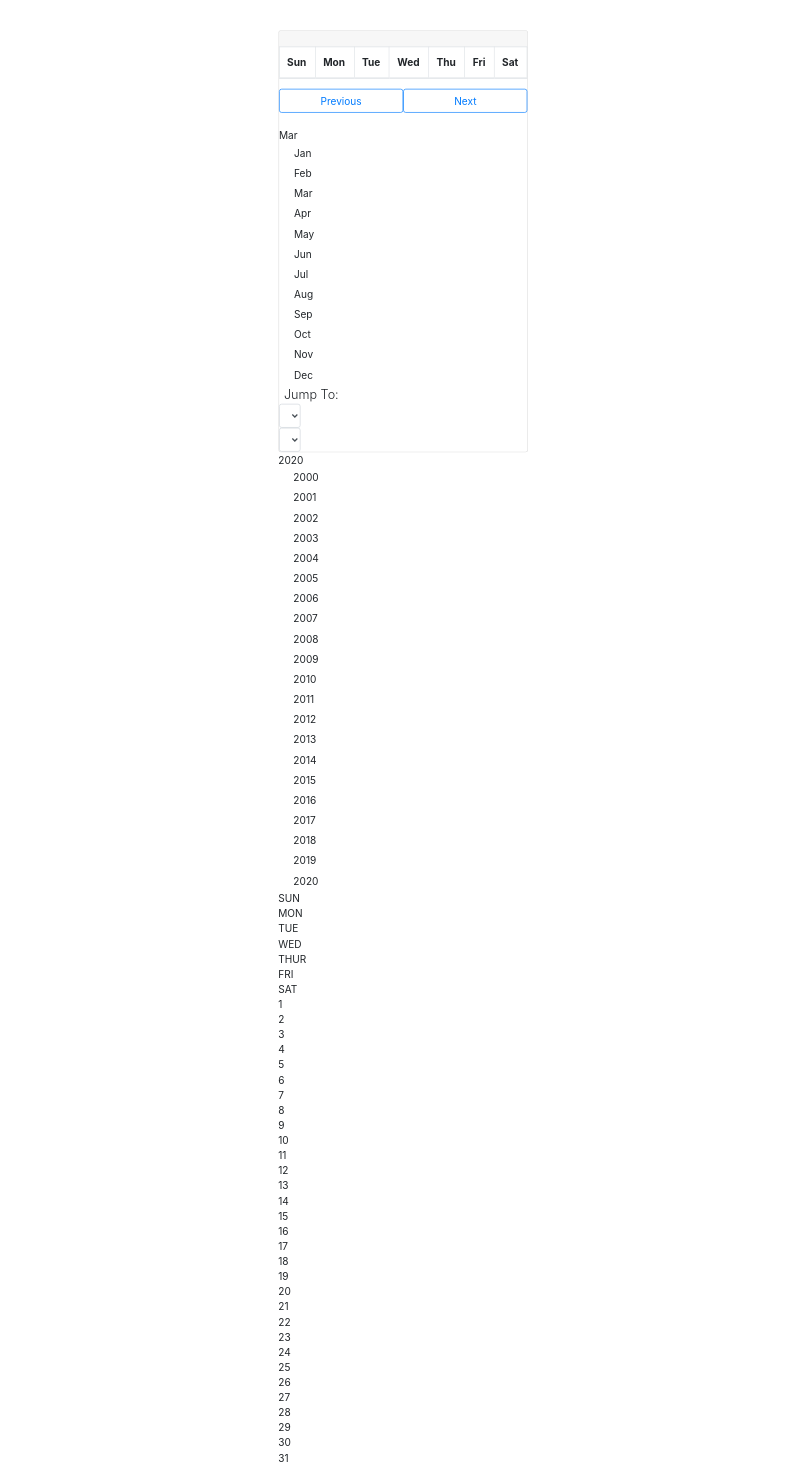
Repository: kkyler24/DayPlanner
Page: Index.html
These files come from the project's save history. The page is drawn as it stood at one moment and after the next save; the edit follows.
The browser window is 1280 px wide. The pictures show the whole page, at 63% of full size.
Some web libraries are served in a nearby version.

Above is the page before, as saved 2020-03-25 13:15:57.

### Index.html
<!DOCTYPE html>
<html lang="en">
<head>
    <meta charset="UTF-8">
    <meta name="viewport" content="width=device-width, initial-scale=1.0">
    <!-- Style Sheets -->
    <link rel="stylesheet" href="https://maxcdn.bootstrapcdn.com/bootstrap/4.0.0/css/bootstrap.min.css" integrity="sha384-Gn5384xqQ1aoWXA+058RXPxPg6fy4IWvTNh0E263XmFcJlSAwiGgFAW/dAiS6JXm" crossorigin="anonymous">
    <link rel="text/CSS"  href="style.css">
    <title>Planner</title>
</head>
<body>
<Main>
<Section>
    <div class="container col-sm-4 col-md-7 col-lg-4 mt-5">
        <div class="card">
            <h3 class="card-header" id="monthAndYear"></h3>
            <table class="table table-bordered table-responsive-md" id="calendar">
                <thead>
                <tr>
                    <th>Sun</th>
                    <th>Mon</th>
                    <th>Tue</th>
                    <th>Wed</th>
                    <th>Thu</th>
                    <th>Fri</th>
                    <th>Sat</th>
                </tr>
                </thead>

                <tbody id="calendar-body">

                </tbody>
            </table>

            <div class="form-inline">

                <button class="btn btn-outline-primary col-sm-6" id="previous" onclick="previous()">Previous</button>

                <button class="btn btn-outline-primary col-sm-6" id="next" onclick="next()">Next</button>
            </div>
            <br/>
            <form class="form-inline">
                <div class="calendar" id="calendar">
                    <div class="calendar-btn month-btn" onclick="$('#months').toggle('fast')">
                        <span id="curMonth"></span>
                        <div id="months" class="months dropdown"></div>
                    </div>
                <label class="lead mr-2 ml-2" for="month">Jump To: </label>
                <select class="form-control col-sm-4" name="month" id="month" onchange="jump()">
                    <option value=0>Jan</option>
                    <option value=1>Feb</option>
                    <option value=2>Mar</option>
                    <option value=3>Apr</option>
                    <option value=4>May</option>
                    <option value=5>Jun</option>
                    <option value=6>Jul</option>
                    <option value=7>Aug</option>
                    <option value=8>Sep</option>
                    <option value=9>Oct</option>
                    <option value=10>Nov</option>
                    <option value=11>Dec</option>
                </select>


                <label for="year"></label><select class="form-control col-sm-4" name="year" id="year" onchange="jump()">

                <option value=2020>2020</option>
                <option value=2021>2021</option>
                <option value=2022>2022</option>
                <option value=2023>2023</option>
                <option value=2024>2024</option>
                <option value=2025>2025</option>
                <option value=2026>2026</option>
                <option value=2027>2027</option>
                <option value=2028>2028</option>
                <option value=2029>2029</option>
                <option value=2030>2030</option>
                <option value=2030>2030</option>
                <option value=2030>2030</option>
                <option value=2030>2030</option>
                <option value=2030>2030</option>
            </select></form>
        </div>
    </div>
    <!--<button name="jump" onclick="jump()">Go</button>-->


        <div class="calendar-btn year-btn" onclick="$('#years').toggle('fast')">
            <span id="curYear"></span>
            <div id="years" class="years dropdown"></div>
        </div>

        <div class="clear"></div>

        <div class="calendar-dates">
            <div class="days">
                <div class="day label">SUN</div>
                <div class="day label">MON</div>
                <div class="day label">TUE</div>
                <div class="day label">WED</div>
                <div class="day label">THUR</div>
                <div class="day label">FRI</div>
                <div class="day label">SAT</div>

                <div class="clear"></div>
            </div>

            <div id="calendarDays" class="days">
            </div>
        </div>
    </div>

</Section>
</Main>
<script src="https://code.jquery.com/jquery-3.2.1.slim.min.js" integrity="sha384-KJ3o2DKtIkvYIK3UENzmM7KCkRr/rE9/Qpg6aAZGJwFDMVNA/GpGFF93hXpG5KkN" crossorigin="anonymous"></script>
<script src="https://cdnjs.cloudflare.com/ajax/libs/popper.js/1.12.9/umd/popper.min.js" integrity="sha384-ApNbgh9B+Y1QKtv3Rn7W3mgPxhU9K/ScQsAP7hUibX39j7fakFPskvXusvfa0b4Q" crossorigin="anonymous"></script>
<script src="https://maxcdn.bootstrapcdn.com/bootstrap/4.0.0/js/bootstrap.min.js" integrity="sha384-JZR6Spejh4U02d8jOt6vLEHfe/JQGiRRSQQxSfFWpi1MquVdAyjUar5+76PVCmYl" crossorigin="anonymous"></script>
<!-- <script src="https://cdnjs.cloudflare.com/ajax/libs/jquery/3.2.1/jquery.min.js"></script> -->
<Script src="javascript.js"></Script>
</body>
</html>

### javascript.js
var months = ["Jan", "Feb", "Mar", "Apr", "May", "Jun", "Jul", "Aug", "Sep", "Oct", "Nov", "Dec"];
var startYear = 2000;
var endYear = 2020;
var month = 0;
var year = 0;

function loadCalendarMonths() {
    for (var i = 0; i < months.length; i++) {
        var doc = document.createElement("div");
        doc.innerHTML = months[i];
        doc.classList.add("dropdown-item");

        doc.onclick = (function () {
            var selectedMonth = i;
            return function () {
                month = selectedMonth;
                document.getElementById("curMonth").innerHTML = months[month];
                loadCalendarDays();
                return month;
            }
        })();

        document.getElementById("months").appendChild(doc);
    }
}

function loadCalendarYears() {
    document.getElementById("years").innerHTML = "";

    for (var i = startYear; i <= endYear; i++) {
        var doc = document.createElement("div");
        doc.innerHTML = i;
        doc.classList.add("dropdown-item");

        doc.onclick = (function () {
            var selectedYear = i;
            return function () {
                year = selectedYear;
                document.getElementById("curYear").innerHTML = year;
                loadCalendarDays();
                return year;
            }
        })();

        document.getElementById("years").appendChild(doc);
    }
}

function loadCalendarDays() {
    document.getElementById("calendarDays").innerHTML = "";

    var tmpDate = new Date(year, month, 0);
    var num = daysInMonth(month, year);
    var dayofweek = tmpDate.getDay();       // find where to start calendar day of week

    for (var i = 0; i <= dayofweek; i++) {
        var d = document.createElement("div");
        d.classList.add("day");
        d.classList.add("blank");
        document.getElementById("calendarDays").appendChild(d);
    }

    for (var i = 0; i < num; i++) {
        var tmp = i + 1;
        var d = document.createElement("div");
        d.id = "calendarday_" + i;
        d.className = "day";
        d.innerHTML = tmp;

        document.getElementById("calendarDays").appendChild(d);
    }

    var clear = document.createElement("div");
    clear.className = "clear";
    document.getElementById("calendarDays").appendChild(clear);
}

function daysInMonth(month, year)
{
    var d = new Date(year, month+1, 0);
    return d.getDate();
}

window.addEventListener('load', function () {
    var date = new Date();
    month = date.getMonth();
    year = date.getFullYear();
    document.getElementById("curMonth").innerHTML = months[month];
    document.getElementById("curYear").innerHTML = year;
    loadCalendarMonths();
    loadCalendarYears();
    loadCalendarDays();
});

After the next save:
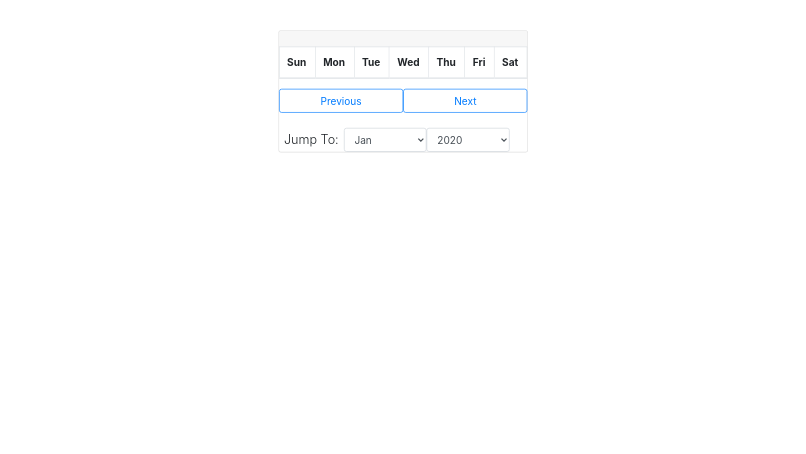
Console error: TypeError: Cannot set properties of null (setting 'innerHTML')
Saved 80 s later.
--- a/Index.html
+++ b/Index.html
@@ -40,11 +40,6 @@
             </div>
             <br/>
             <form class="form-inline">
-                <div class="calendar" id="calendar">
-                    <div class="calendar-btn month-btn" onclick="$('#months').toggle('fast')">
-                        <span id="curMonth"></span>
-                        <div id="months" class="months dropdown"></div>
-                    </div>
                 <label class="lead mr-2 ml-2" for="month">Jump To: </label>
                 <select class="form-control col-sm-4" name="month" id="month" onchange="jump()">
                     <option value=0>Jan</option>
@@ -85,30 +80,6 @@
     <!--<button name="jump" onclick="jump()">Go</button>-->
 
 
-        <div class="calendar-btn year-btn" onclick="$('#years').toggle('fast')">
-            <span id="curYear"></span>
-            <div id="years" class="years dropdown"></div>
-        </div>
-
-        <div class="clear"></div>
-
-        <div class="calendar-dates">
-            <div class="days">
-                <div class="day label">SUN</div>
-                <div class="day label">MON</div>
-                <div class="day label">TUE</div>
-                <div class="day label">WED</div>
-                <div class="day label">THUR</div>
-                <div class="day label">FRI</div>
-                <div class="day label">SAT</div>
-
-                <div class="clear"></div>
-            </div>
-
-            <div id="calendarDays" class="days">
-            </div>
-        </div>
-    </div>
 
 </Section>
 </Main>
